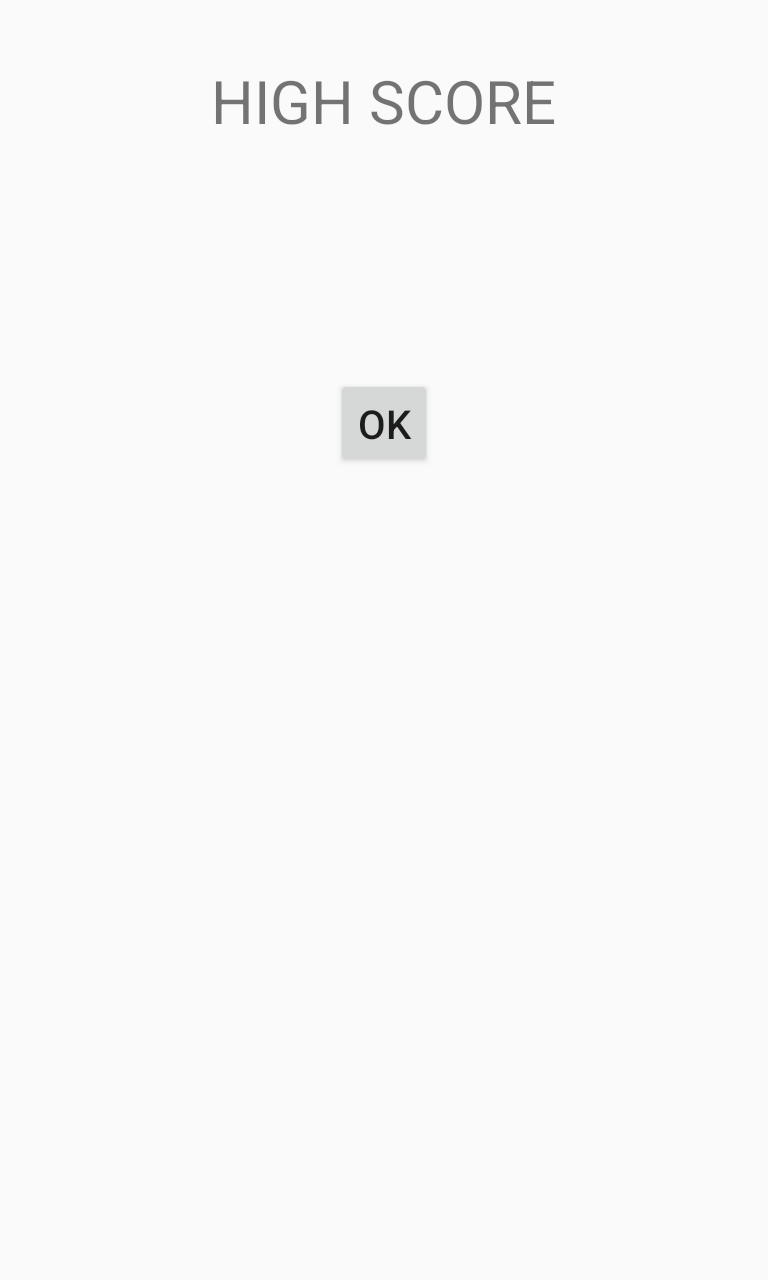
Repository: JoanneCaroll/Mathbomb
Layout: MathBomb/res/layout/activity_highscore.xml
These files come from the project's save history. The layout is drawn as it stood at one moment and after the next save; the edit follows.
It is drawn on a 768 x 1280 px phone screen (xhdpi) without system bars, with theme AppTheme; the app's code is not run.

Above is the layout before, as saved 2014-11-12 06:16:13.

After the next save:
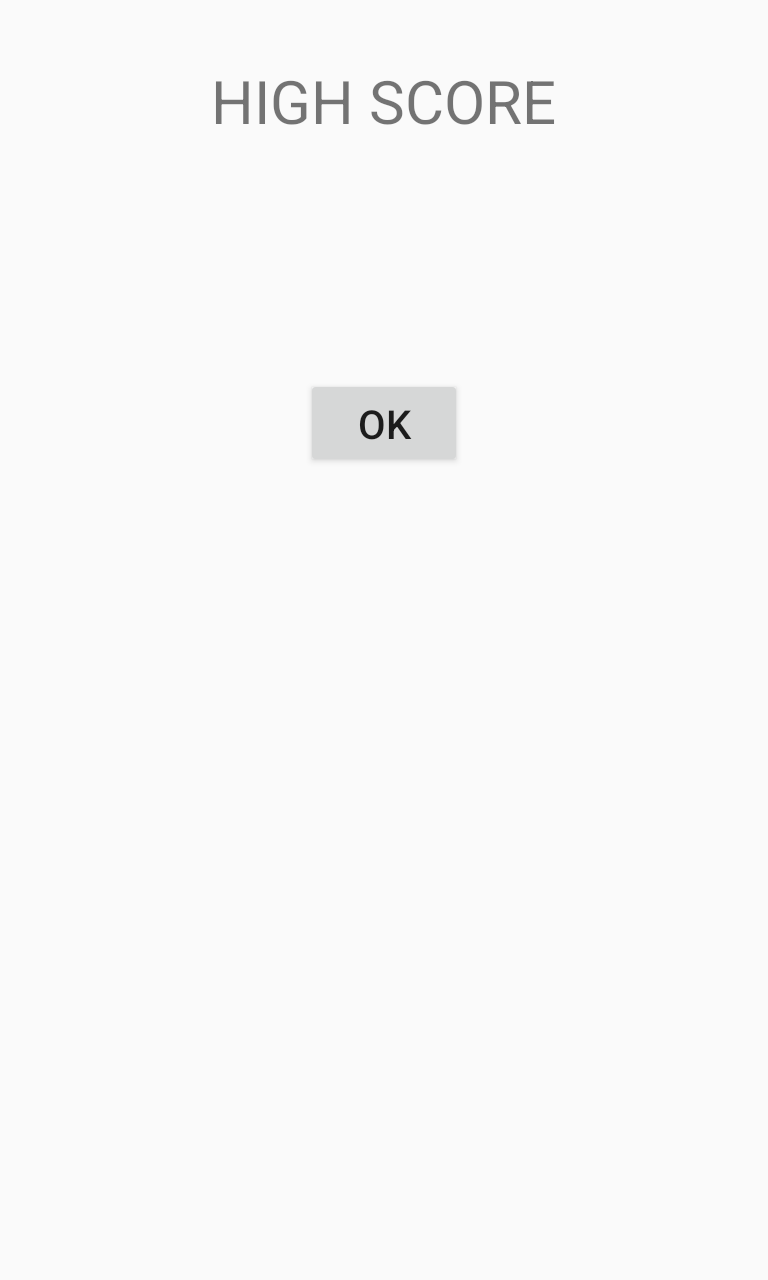
Saved 23 s later.
--- a/MathBomb/res/layout/activity_highscore.xml
+++ b/MathBomb/res/layout/activity_highscore.xml
@@ -39,7 +39,7 @@
    <Button
         android:layout_gravity="center"
        	android:id="@+id/ok_highscore"
-        android:layout_width="50dp"
+        android:layout_width="80dp"
         android:layout_height="wrap_content"
         android:textSize="20dp"
         android:text="@string/ok"
